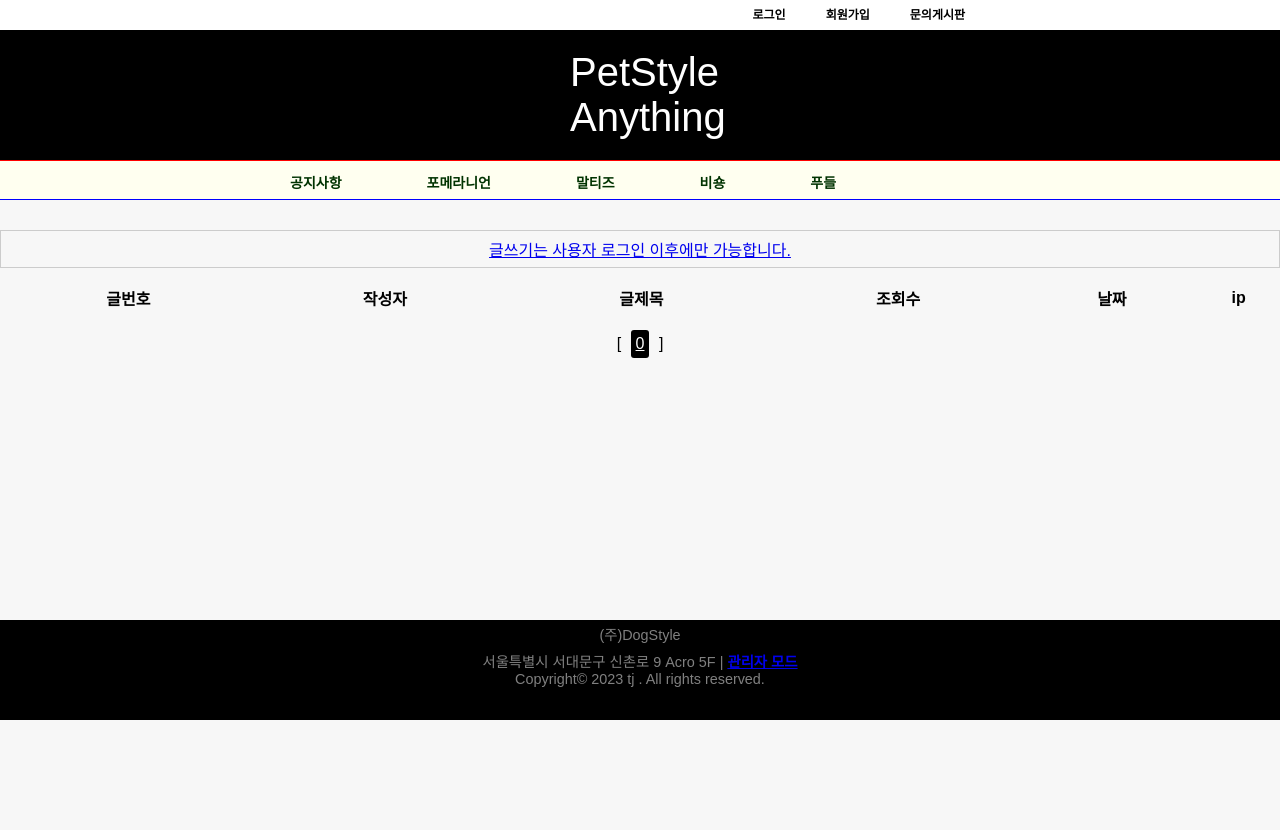
Repository: kdkk2000/Project
Page: http://localhost/petstyle/board/boardList.jsp
The author's editor kept a copy of each file at every save. The page is drawn from the files as they stood at one save, then again after the next save.
The browser window is 1280 px wide. The pictures show the whole page.
The page is served by Tomcat 9. Other server files are loaded and not shown. The template is opened directly, without the code that normally fills it, so the values that code supplies are empty.

Above is the page before, as saved 2023-03-28 01:41:45.

### petstyle/WebContent/board/boardList.jsp
<%@ page language="java" contentType="text/html; charset=UTF-8"
    pageEncoding="UTF-8"%>
<%@ taglib prefix="c" uri="http://java.sun.com/jsp/jstl/core" %>
<%@ taglib prefix="fmt" uri="http://java.sun.com/jsp/jstl/fmt"%>
<c:set var="conPath" value="${pageContext.request.contextPath }"/>
<!DOCTYPE html>
<html>
<head>
	<meta charset="UTF-8">
	<title>Insert title here</title>
	<link href="${conPath}/css/boardStyle.css" rel="stylesheet">
	<style>
		#content_form {
			height:600px;
			margin: 30px auto 0px;
		}
		#content_form table tr { height: 10px;}
	</style>
	<script src="https://code.jquery.com/jquery-3.6.4.js"></script>
	<script>
		$(document).ready(function(){
			$('tr').click(function(){
				var boardId = Number($(this).children().eq(0).text()); // 0번째 td안의 있는 text;
				//alert(boardId);
				if(!isNaN(boardId)){
					location.href = '${conPath}/boardContent.do?boardId='+boardId+'&pageNum=${pageNum}';
				}
			});
		});
	</script>
</head>
<body>
	<c:if test="${not empty boardResult }">
		<script>alert('${boardResult}');</script>
	</c:if>
	<jsp:include page="../main/header.jsp"/>
		<div id="content_form">
		<table>
<tr>
    <td>
        <c:choose>
            <c:when test="${not empty user}">
                <a href="${conPath}/boardWriteView.do">글쓰기</a>
            </c:when>
            <c:otherwise>
                <a href="${conPath}/loginView.do?next=boardWriteView.do">글쓰기는 사용자 로그인 이후에만 가능합니다.</a>
            </c:otherwise>
        </c:choose>
    </td>
</tr>
		</table>
		<br>
		<table>
			<tr><th>글번호</th><th>작성자</th><th>글제목</th><th>조회수</th>
					<th>날짜</th><th>ip</th></tr>
			<c:if test="${totCnt==0 }">
				<tr><td colspan="6">등록된 글이 없습니다</td></tr>
			</c:if>
			<c:if test="${totCnt!=0 }">
				<c:forEach items="${boardList }" var="board">
					<tr><td>${board.boardId }</td>
							<td>${board.userName }</td>
							<td class="left">
								<c:forEach var="i" begin="1" end="${board.boardIndent }">
									<c:if test="${i==board.boardIndent }">└─</c:if>
									<c:if test="${i!=board.boardIndent }"> &nbsp; &nbsp; </c:if>
								</c:forEach>
								${board.boardTitle } <!-- 글제목에 a태그를 걸지 말고 query로 tr을 클릭하면 상세보기 페이지로 가기 -->
								<c:if test="${not empty board.boardFileName }">
									<img src="https://cdn-icons-png.flaticon.com/512/5088/5088374.png" width="10">
								</c:if>
							</td>
							<td>${board.boardHit }</td>
							<td><fmt:formatDate value="${board.boardDate }" type="date" dateStyle="short"/></td>
							<td>${board.boardIp }</td>
					</tr>
				</c:forEach>
			</c:if>
		</table>
		<div class="paging">
			<c:if test="${startPage > BLOCKSIZE }">
				[ <a href="${conPath }/boardList.do?pageNum=${startPage-1}"> 이전 </a> ]
			</c:if>
			<c:forEach var="i" begin="${startPage }" end="${endPage }">
				<c:if test="${i == pageNum }">
					<b> [ ${i } ] </b>
				</c:if>
				<c:if test="${i != pageNum }">
					[ <a href="${conPath }/boardList.do?pageNum=${i}"> ${i } </a> ]
				</c:if>
			</c:forEach>
			<c:if test="${endPage<pageCnt }">
			  [ <a href="${conPath }/boardList.do?pageNum=${endPage+1}"> 다음 </a> ]
			</c:if>
		</div>
	</div>
	<jsp:include page="../main/footer.jsp"/>
</body>
</html>

### petstyle/WebContent/main/header.jsp
<%@ page language="java" contentType="text/html; charset=UTF-8"
    pageEncoding="UTF-8"%>
<%@taglib prefix="c" uri="http://java.sun.com/jsp/jstl/core"%>
<%@taglib prefix="fmt" uri="http://java.sun.com/jsp/jstl/fmt" %>
<c:set var="conPath" value="${pageContext.request.contextPath }"/>
<!DOCTYPE html>
<html>
<head>
<meta charset="UTF-8">
<title>Insert title here</title>
<style>
	*{padding:0; margin: 0;}
	header {
		background-color: black; font-size: 10pt; color: white;
	}
	header a {text-decoration: none; font-weight: bold;}
	header li {list-style: none;}
	header .gnb {
	    width: 100%;
	    background-color: white;
	    margin-left: auto;
	}
	header .gnb ul {
		overflow: hidden;
		width:700px;
		height: 30px;
		line-height: 30px;
		margin: 0 auto;
	}
	header .gnb ul li {	float: right; margin-right:10px;}
	header .gnb a {
		color : black;
		font-size: 0.9em;
		display: block;
		padding-left:15px;
		padding-right:15px;
	}
	header .gnb a:hover {
		font-size: 1.2em;
  		background-color: black;
  		color: white;
	}

	header .logo{
		width:140px; text-align:center;
		margin: 20px auto; font-size:3em;
		cursor: pointer;
	}
	header .lnb {
		background-color: ivory;
	  	width: 100%; height: 40px;
	  	border-top: 1px solid red;
		border-bottom: 1px solid blue;
		position:relative; /*서브메뉴가 main영역 위로 */
	}
	header .lnb ul{
		text-align:center;
		overflow: hidden;
		width:800px;
		margin: 0 auto;
	}
	header .lnb ul>li {
		font-weight: bold;
		font-size: 14px;
		margin: 5px;
		margin-left: 20px;
		float:left;
		padding:5px 30px;
		line-height: 25px;
	}
	header .lnb li:hover {
  		background-color: black;
  		color: white;
	}
	header .lnb a {
		color : white;
		font-size: 0.9em;
		display: block;
		padding-left:15px;
		padding-right:15px;
	}
	header .lnb a:hover {
  		background-color: yellow;
  		color: black;
	}
	header .lnb li {color: #003300;}
	header .lnb ul li .subMenu {display:none;}
	header .lnb ul li:hover .subMenu {display: block; margin: 10px 0 0 0;}
</style>
</head>
<body>
<header>
	<c:if test="${empty user and empty admin}"> <%-- 로그인 전 화면 --%>
		<div class="gnb">
			<ul>
				<li><a href="${conPath }/boardList.do">문의게시판</a></li>
				<li><a href="${conPath }/joinView.do">회원가입</a></li>
				<li><a href="${conPath }/loginView.do">로그인</a></li>
			</ul>
		</div>
		<div class="logo" onclick="location.href='${conPath}/main.do'">
			PetStyle Anything
		</div>
		<div class="lnb">
			<ul>
				<li>공지사항
					<ol class="subMenu">
						<li><a href="#">공지사항</a></li>
					</ol>
				</li>
				<li>포메라니언
					<ol class="subMenu">
						<li><a href="#">곰돌이컷</a></li>
						<li><a href="#">물개컷</a></li>
						<li><a href="#">포메컷</a></li>
						<li><a href="#">라이언컷</a></li>
						<li><a href="#">풀코트</a></li>
					</ol>
				</li>
				<li>말티즈
					<ol class="subMenu">
						<li><a href="#">알밤컷</a></li>
						<li><a href="#">곰돌이컷</a></li>
						<li><a href="#">베이비컷 </a></li>
						<li><a href="#">무스타슈 </a></li>
					</ol>
				</li>
				<li>비숑
					<ol class="subMenu">
						<li><a href="#">하이바컷</a></li>
						<li><a href="#">귀툭튀컷</a></li>
					</ol>
				</li>
				<li>푸들
					<ol class="subMenu">
						<li><a href="#">양컷</a></li>
						<li><a href="#">몽키컷</a></li>
						<li><a href="#">브로콜리컷</a></li>
						<li><a href="#">테디베어컷</a></li>
						<li><a href="#">귀똑컷</a></li>
					</ol>
				</li>
			</ul>
		</div>
	</c:if>
	<c:if test="${not empty user and empty admin}"> <%-- 사용자 모드 로그인 화면--%>
		<div class="gnb">
			<ul>
				<li><a href="${conPath }/boardList.do">문의게시판</a></li>
				<li><a href="${conPath }/logout.do">로그아웃</a></li>
				<li><a href="${conPath }/modifyView.do">정보수정</a></li>
				<li><a>${user.userName }님 &nbsp; ▶</a></li>
			</ul>
		</div>
		<div class="logo" onclick="location.href='${conPath}/main.do'">
			PetStyle Anything
		</div>
		<div class="lnb">
			<ul>
				<li>공지사항
					<ol class="subMenu">
						<li><a href="#">공지사항</a></li>
					</ol>
				</li>
				<li>포메라니언
					<ol class="subMenu">
						<li><a href="#">곰돌이컷</a></li>
						<li><a href="#">물개컷</a></li>
						<li><a href="#">포메컷</a></li>
						<li><a href="#">라이언컷</a></li>
						<li><a href="#">풀코트컷</a></li>
					</ol>
				</li>
				<li>말티즈
					<ol class="subMenu">
						<li><a href="#">알밤컷</a></li>
						<li><a href="#">곰돌이컷</a></li>
						<li><a href="#">베이비컷 </a></li>
						<li><a href="#">무스타슈컷 </a></li>
					</ol>
				</li>
				<li>비숑
					<ol class="subMenu">
						<li><a href="#">하이바컷</a></li>
						<li><a href="#">귀툭튀컷</a></li>
					</ol>
				</li>
				<li>푸들
					<ol class="subMenu">
						<li><a href="#">양컷</a></li>
						<li><a href="#">몽키컷</a></li>
						<li><a href="#">브로콜리컷</a></li>
						<li><a href="#">테디베어컷</a></li>
						<li><a href="#">귀똑컷</a></li>
					</ol>
				</li>
			</ul>
		</div>
	</c:if>
	<c:if test="${empty user and not empty admin}"> <%-- 관리자 모드 로그인 화면--%>
		<div class="gnb">
			<ul>
				<li><a href="${conPath }/boardList.do">문의게시판</a></li>
				<li><a href="${conPath }/logout.do">관리자모드나가기</a></li>
				<li><a>${admin.adminName }님 &nbsp; ▶</a></li>
			</ul>
		</div>
		<div class="logo" onclick="location.href='${conPath}/main.do'">
			PetStyle Anything
		</div>
		<div class="lnb">
			<ul>
				<li>공지사항
					<ol class="subMenu">
						<li><a href="#">공지사항</a></li>
					</ol>
				</li>
				<li>포메라니언
					<ol class="subMenu">
						<li><a href="#">곰돌이컷</a></li>
						<li><a href="#">물개컷</a></li>
						<li><a href="#">포메컷</a></li>
						<li><a href="#">라이언컷</a></li>
						<li><a href="#">풀코트</a></li>
					</ol>
				</li>
				<li>말티즈
					<ol class="subMenu">
						<li><a href="#">알밤컷</a></li>
						<li><a href="#">곰돌이컷</a></li>
						<li><a href="#">베이비컷 </a></li>
						<li><a href="#">무스타슈 </a></li>
					</ol>
				</li>
				<li>비숑
					<ol class="subMenu">
						<li><a href="#">하이바컷</a></li>
						<li><a href="#">귀툭튀컷</a></li>
					</ol>
				</li>
				<li>푸들
					<ol class="subMenu">
						<li><a href="#">양컷</a></li>
						<li><a href="#">몽키컷</a></li>
						<li><a href="#">브로콜리컷</a></li>
						<li><a href="#">테디베어컷</a></li>
						<li><a href="#">귀똑컷</a></li>
					</ol>
				</li>
			</ul>
		</div>
	</c:if>
</header>
</body>
</html>

### petstyle/WebContent/main/footer.jsp
<%@ page language="java" contentType="text/html; charset=UTF-8"
    pageEncoding="UTF-8"%>
<%@taglib prefix="c" uri="http://java.sun.com/jsp/jstl/core"%>
<%@taglib prefix="fmt" uri="http://java.sun.com/jsp/jstl/fmt" %>
<c:set var="conPath" value="${pageContext.request.contextPath }"/>
<!DOCTYPE html>
<html>
<head>
<meta charset="UTF-8">
<title>Insert title here</title>
	<style>
	footer {
		position: fixed;
		bottom: 0;
		height: 100px;
		background-color: black;
		width: 100%;
	}

	#footer_conts {
		color: gray;
		font-size: 0.9em;
		text-align: center;
		margin: 0 auto;
		width: 80%;
	}

	#footer_conts p:first-child {
		height: 30px;
		line-height: 30px;
	}
</style>
</head>
<body>
	<footer>
		<div id="footer_conts">
			<p>(주)DogStyle</p>
			<p>서울특별시 서대문구 신촌로 9 Acro 5F | <b><a href="${conPath }/adminLoginView.do">관리자 모드</a></b></p>
			<p>Copyright© 2023 tj . All rights reserved.</p>
		</div>
	</footer>
</body>
</html>

### petstyle/WebContent/css/boardStyle.css
@charset "UTF-8";
* {
	margin: 0;
  	padding: 0;
  	box-sizing: border-box;
}

body {
  	font-family: Arial, sans-serif;
  	background-color: #f7f7f7;
}

.container {
  	max-width: 500px;
  	margin: 0 auto;
  	padding: 20px;
}

h1 {
  	font-size: 32px;
  	font-weight: bold;
  	margin-bottom: 20px;
}

form {
  	background-color: #fff;
  	border: 1px solid #ccc;
  	padding: 20px;
}

form input[type="text"], form textarea {
  	width: 100%;
  	padding: 10px;
  	margin-bottom: 10px;
  	border: 1px solid #ccc;
  	border-radius: 5px;
}

form input[type="file"] {
  	margin-top: 10px;
}

form input[type="submit"], form input[type="reset"], form input[type="button"] {
  	display: inline-block;
  	padding: 10px 20px;
  	margin-right: 10px;
  	border: none;
  	border-radius: 5px;
  	background-color: #4CAF50;
  	color: #fff;
  	cursor: pointer;
}

form input[type="submit"]:hover, form input[type="reset"]:hover, form input[type="button"]:hover {
  	background-color: #3e8e41;
}

table {
  	width: 100%;
  	border-collapse: collapse;
}

table td {
  	padding: 6px;
  	border: 1px solid #ccc;
  	text-align: center;
  	cursor: pointer;
}
.paging {
    text-align: center;
    margin-top: 20px;
}
.paging a {
    display: inline-block;
    margin: 0 5px;
    padding: 5px 5px;
    background-color: black;
    color: #fff;
    border-radius: 3px;
}
.paging a:hover {
    background-color: #3e8e41;
}
.paging b {
    display: inline-block;
    margin: 0 2px;
    padding: 5px 5px;
    background-color: #eee;
    color: #444;
    border-radius: 5px;
}

After the next save:
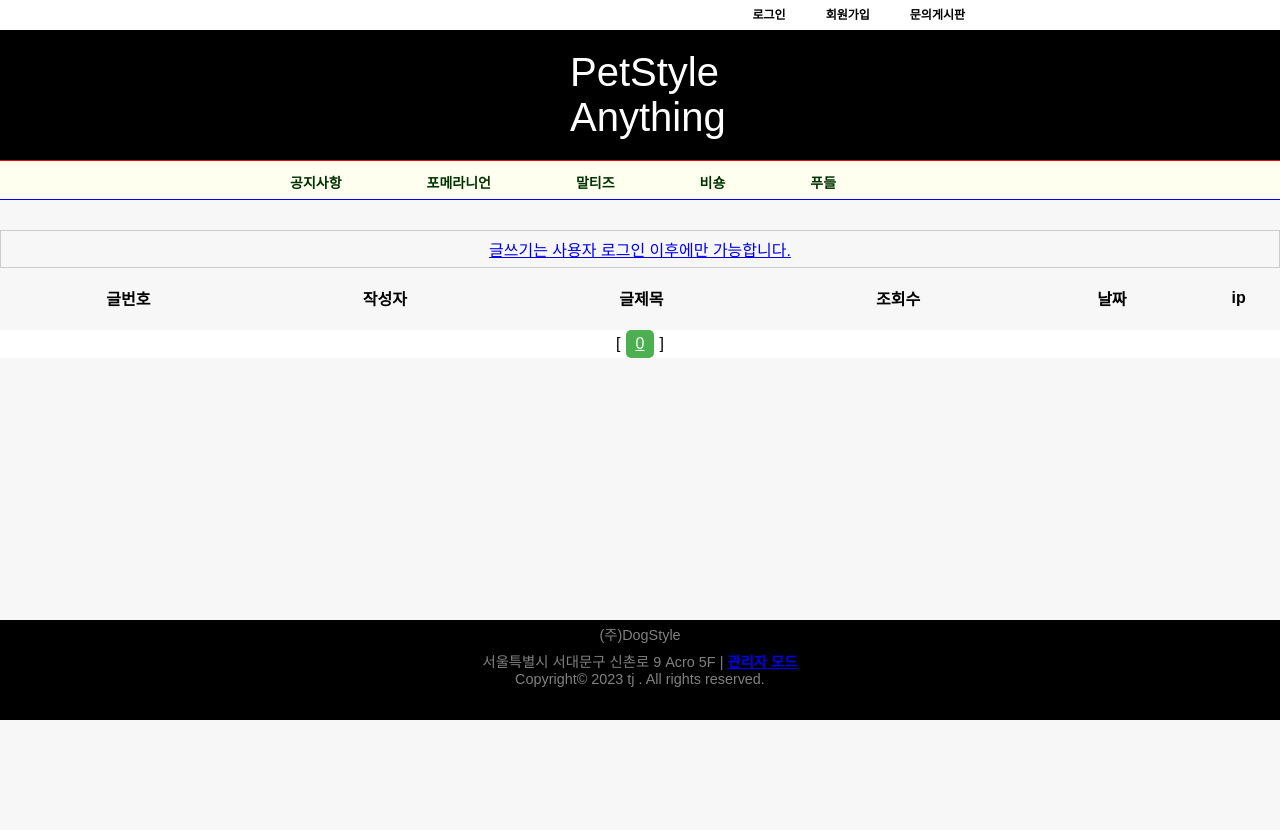
Saved 116 s later.
--- a/petstyle/WebContent/css/boardStyle.css
+++ b/petstyle/WebContent/css/boardStyle.css
@@ -67,25 +67,30 @@ table td {
   	cursor: pointer;
 }
 .paging {
-    text-align: center;
-    margin-top: 20px;
+  display: flex;
+  justify-content: center;
+  align-items: center;
+  margin-top: 20px;
+  position: sticky;
+  bottom: 0;
+  background-color: #fff;
+  z-index: 1;
 }
-.paging a {
-    display: inline-block;
-    margin: 0 5px;
-    padding: 5px 5px;
-    background-color: black;
-    color: #fff;
-    border-radius: 3px;
+
+.paging a, .paging b {
+  display: inline-block;
+  margin: 0 5px;
+  padding: 5px 10px;
+  background-color: #4CAF50;
+  color: #fff;
+  border-radius: 5px;
 }
+
 .paging a:hover {
-    background-color: #3e8e41;
+  background-color: #3e8e41;
 }
+
 .paging b {
-    display: inline-block;
-    margin: 0 2px;
-    padding: 5px 5px;
-    background-color: #eee;
-    color: #444;
-    border-radius: 5px;
+  background-color: #eee;
+  color: #444;
 }
